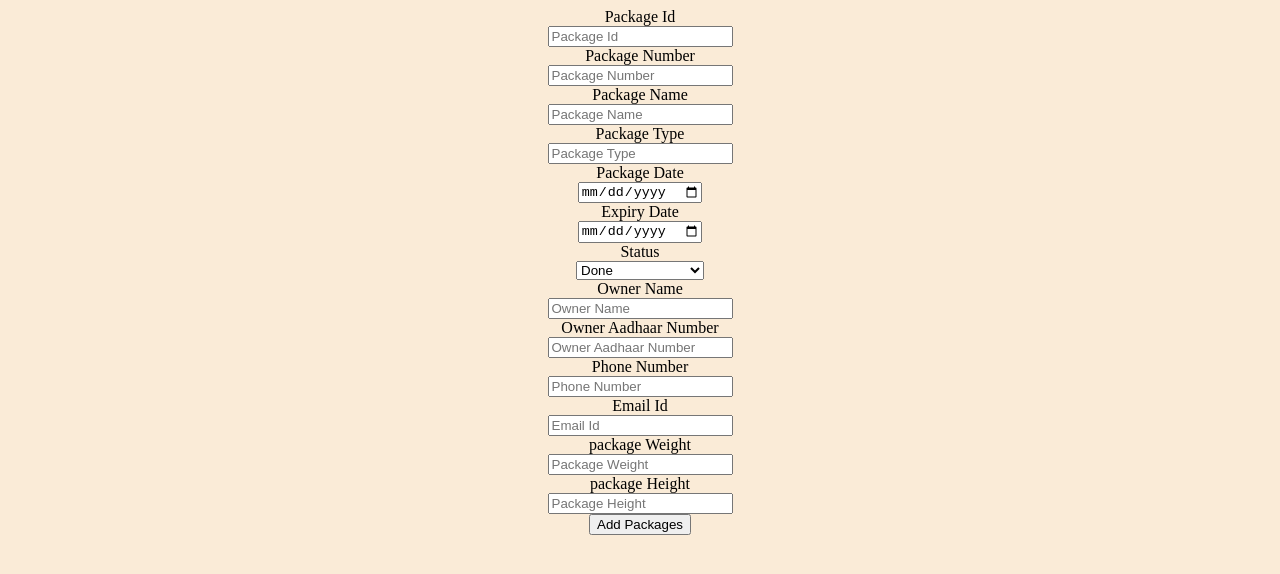
Repository: VetriselvanArumugam/Warehouse-Project
Page: http://localhost/WarehouseProject/WEB-INF/views/add-packages-form.jsp
These files come from the project's save history. The page is drawn as it stood at one moment and after the next save; the edit follows.
The browser window is 1280 px wide. The pictures show the whole page.
The page is served by Tomcat 9. Nobody is signed in. Other server files are loaded and not shown. The template is opened directly, without the code that normally fills it, so the values that code supplies are empty.

Above is the page before, as saved 2022-08-11 16:23:41.

### Pictures/eclipse-june-workspace/WarehouseProject/src/main/webapp/WEB-INF/views/add-packages-form.jsp
<%@ page language="java" contentType="text/html; charset=ISO-8859-1"
	pageEncoding="ISO-8859-1"%>
<%@ taglib prefix="form" uri="http://www.springframework.org/tags/form"%>
<!DOCTYPE html>
<html>
<head>
<meta charset="ISO-8859-1">
<title>Add Packages</title>
</head>
<body>
<style>
 body {
    background-color: AntiqueWhite;
    text-align: center;
}

label {
    color: Black
    </style>
	<div id="root">
		<div id="form">
			<form:form action="add" method="post" modelAttribute="addpackages">

				<div>
					<label for="packageId">Package Id</label>
					<div>
						<form:input path="packageId" placeholder="Package Id" required="true"/>
					</div>
				</div>
				<form:errors path="packageId" class="text-box" />

				<div>
					<label for="packageNumber">Package Number</label>
					<div>
						<form:input path="packageNumber" placeholder="Package Number" />
					</div>
				</div>
				<form:errors path="packageNumber" class="text-box" />

				<div>
					<label for="packageName">Package Name</label>
					<div>
						<form:input path="packageName" placeholder="Package Name" />
					</div>
				</div>
				<form:errors path="packageName" class="text-box" />

				<div>
					<label for="packageType">Package Type</label>
					<div>
						<form:input path="packageType" placeholder="Package Type" />
					</div>
				</div>
				<form:errors path="packageType" class="text-box" />

				<div>
					<label for="packageDate">Package Date</label>
					<div>
						<form:input path="packageDate" placeholder="Package Date" type="date"/>
					</div>
				</div>
				<form:errors path="packageDate" class="text-box" />

				<div>
					<label for="expiryDate">Expiry Date</label>
					<div>
						<form:input path="expiryDate" placeholder="Expiry Date" type="date" />
					</div>
				</div>
				<form:errors path="expiryDate" class="text-box" />

				<div>
                        <label for="status" class="label-size">Status</label>
                        <div>
                        <form:select path="status" class="text-box" placeholder="Status">
                            <form:option value="Done">Done</form:option>
                            <form:option value="WorkingProgress">Working Progress</form:option>
                        </form:select>
                        </div>
                    </div>
				<form:errors path="status" class="text-box" />

				<div>
					<label for="ownerName">Owner Name</label>
					<div>
						<form:input path="ownerName" placeholder="Owner Name" title="Warehouse Type can't be empty or must contain only alphabets"
pattern="^[a-zA-Z]+$" required="true" />
					</div>
				</div>
				<form:errors path="ownerName" class="text-box" />

				<div>
					<label for="ownerAadhaarNumber">Owner Aadhaar Number</label>
					<div>
						<form:input path="ownerAadhaarNumber"  placeholder="Owner Aadhaar Number" pattern="[1-9]{1}[0-9]{12}"
title="Owner Aadhaar Number should have atleast 12 digits"
required="true" />
					</div>
				</div>
				<form:errors path="ownerAadhaarNumber" class="text-box" />

				<div>
					<label for="phoneNumber">Phone Number</label>
					<div>
						<form:input path="phoneNumber" placeholder="Phone Number" pattern="[1-9]{1}[0-9]{10}"
title="Phone Number should have atleast 10 digits"
required="true" />
					</div>
				</div>
				<form:errors path="phoneNumber" class="text-box" />

				<div>
					<label for="emailId">Email Id</label>
					<div>
						<form:input path="emailId" placeholder="Email Id" pattern="^[A-Za-z0-9._%+-]+@[A-Za-z0-9.-]+\\.[A-Za-z]{2,6}$"
title="Enter valid email ex: example@gmail.com" required="true"/>
					</div>
				</div>
				<form:errors path="emailId" class="text-box" />
				<div>

					<label for="packageWeight">package Weight</label>
					<div>
						<form:input path="packageWeight" placeholder="Package Weight" pattern="[1-9]{1}[0-9]{7}"
title="Package Weight should have atleast 7 digits"
required="true" />
					</div>
				</div>
				<form:errors path="packageWeight" class="text-box" />

				<div>
					<label for="packageHeight">package Height</label>
					<div>
						<form:input path="packageHeight" placeholder="Package Height" pattern="[1-9]{1}[0-9]{7}"
title="Package Height should have atleast 7 digits"
required="true" />
					</div>
				</div>
				<form:errors path="packageHeight" class="text-box" />
				<div>
					<form:button>Add Packages</form:button>
				</div>
			</form:form>
		</div>
	</div>
</body>
</html>

After the next save:
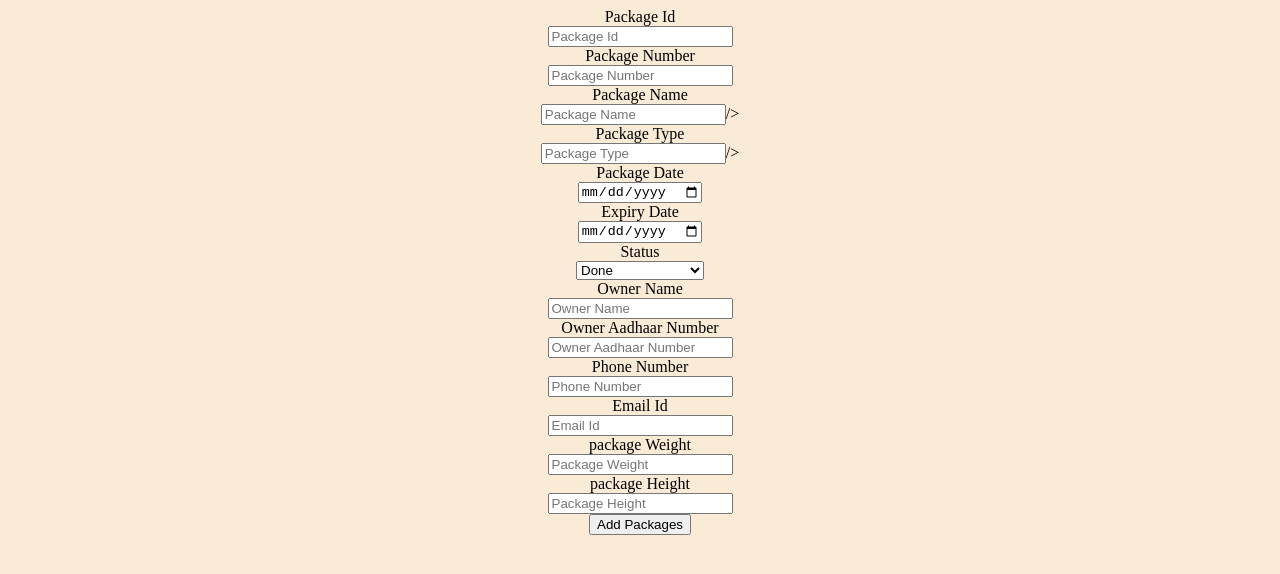
Saved 6 min 32 s later.
--- a/Pictures/eclipse-june-workspace/WarehouseProject/src/main/webapp/WEB-INF/views/add-packages-form.jsp
+++ b/Pictures/eclipse-june-workspace/WarehouseProject/src/main/webapp/WEB-INF/views/add-packages-form.jsp
@@ -32,7 +32,9 @@ label {
 				<div>
 					<label for="packageNumber">Package Number</label>
 					<div>
-						<form:input path="packageNumber" placeholder="Package Number" />
+						<form:input path="packageNumber" placeholder="Package Number" pattern="[1-9]{1}[0-9]{3}"
+title="Package Number should have atleast 3 digits"
+required="true" />
 					</div>
 				</div>
 				<form:errors path="packageNumber" class="text-box" />
@@ -40,7 +42,8 @@ label {
 				<div>
 					<label for="packageName">Package Name</label>
 					<div>
-						<form:input path="packageName" placeholder="Package Name" />
+						<form:input path="packageName" placeholder="Package Name" title="Package Name can't be empty or must contain only alphabets"
+pattern="^[a-zA-Z]+$" required="true"/>/>
 					</div>
 				</div>
 				<form:errors path="packageName" class="text-box" />
@@ -48,7 +51,8 @@ label {
 				<div>
 					<label for="packageType">Package Type</label>
 					<div>
-						<form:input path="packageType" placeholder="Package Type" />
+						<form:input path="packageType" placeholder="Package Type" title="Package Type can't be empty or must contain only alphabets"
+pattern="^[a-zA-Z]+$" required="true"/>/>
 					</div>
 				</div>
 				<form:errors path="packageType" class="text-box" />
@@ -83,7 +87,7 @@ label {
 				<div>
 					<label for="ownerName">Owner Name</label>
 					<div>
-						<form:input path="ownerName" placeholder="Owner Name" title="Warehouse Type can't be empty or must contain only alphabets"
+						<form:input path="ownerName" placeholder="Owner Name" title="Owner Name can't be empty or must contain only alphabets"
 pattern="^[a-zA-Z]+$" required="true" />
 					</div>
 				</div>
